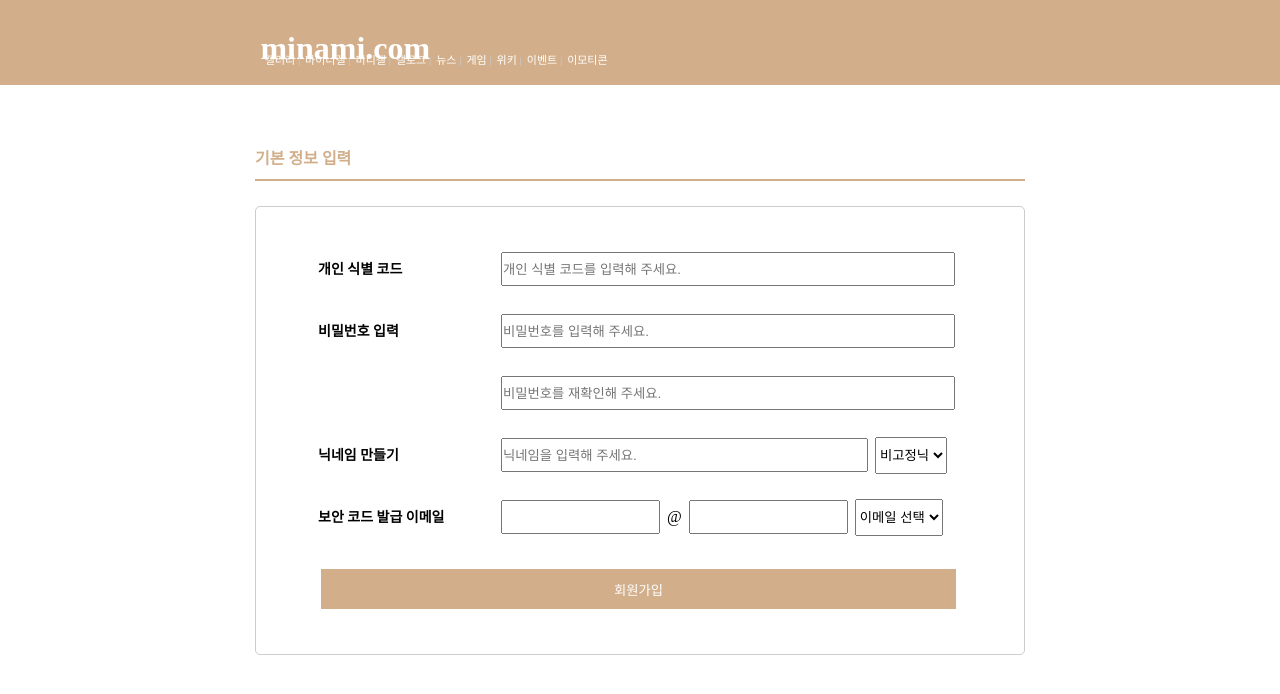
Repository: Minami0717/JSP_Study
Page: http://localhost/JSP_Gall/jsp/joinForm.jsp
The author's editor kept a copy of each file at every save. The page is drawn from the files as they stood at one save, then again after the next save.
The browser window is 1280 px wide. The pictures show the whole page.
The page is served by Tomcat 9. Other server files are loaded and not shown.

Above is the page before, as saved 2023-02-15 07:12:02.

### JSP_Gall/src/main/webapp/jsp/joinForm.jsp
<%@ page language="java" contentType="text/html; charset=UTF-8"
    pageEncoding="UTF-8"%>
<!DOCTYPE html>
<html>
<head>
<meta charset="UTF-8">
<title>Insert title here</title>
<style>
	* {margin: 0; padding: 0;}
	a {text-decoration: none;}
	li,ul,h1 {display: inline-block;}

	header {background: #d2af8a; height: 85px;}
	header > div {width: 868px; position: relative;}
	header a {color: white;}
	header li {font-size: 11px; color: #ccc; margin-left: 5px;}
	header li a:hover {text-decoration: underline;}
	header ul {position: absolute; right: 30%; top: 50px;}
	header h1 {position: absolute; left: 30%; top: 30px;}

	section {width: 770px; margin: 0 auto;}
	section div:first-child {border-bottom: 2px solid #d2af8a; padding: 10px 0; margin-top: 50px;}
	section div:first-child h4 {color: #d2af8a}
	section div:nth-child(2) {border: 1px #cecdce solid; border-radius: 5px; margin: 25px 0; padding: 30px 50px;}

	table label {font-weight: bold; font-size: 14px; display: inline-block; width: 180px;}
	td {padding: 10px;}

	input {margin: 3px;}
	.input {width: 450px; height: 30px;}
	#join {width: 635px; height: 40px; border: none; background: #d2af8a; color: white; cursor: pointer; margin-top: 10px;}
	.button {width: 110px; height: 30px;}

	input[name=nick] {width: 363px;}
	input[name=pwCheck] {margin-left: 183px;}
	input[name=email1],input[name=email2] {width: 155px;}
	select {height: 37px;}
</style>
</head>
<body>
	<header>
		<div>
			<h1><a href=main.jsp>minami.com</a></h1>
			<ul>
				<li><a href=>갤러리</a> |
				<li><a href=>마이너갤</a> |
				<li><a href=>미니갤</a> |
				<li><a href=>갤로그</a> |
				<li><a href=>뉴스</a> |
				<li><a href=>게임</a> |
				<li><a href=>위키</a> |
				<li><a href=>이벤트</a> |
				<li><a href=>이모티콘</a>
			</ul>
		</div>
	</header>
	<section>
		<div>
			<h4 align=left>기본 정보 입력</h4>
		</div>
		<div>
			<form action="join.jsp" method=post>
				<table>
					<tr>
						<td><label>개인 식별 코드</label><input type=text placeholder="개인 식별 코드를 입력해 주세요." class=input name=code></td>
					</tr>
					<tr>
						<td><label>비밀번호 입력</label><input type=password placeholder="비밀번호를 입력해 주세요." class=input name=pw></td>
					</tr>
					<tr>
						<td><input type=password placeholder="비밀번호를 재확인해 주세요." class=input name=pwCheck></td>
					</tr>
					<tr>
						<td>
							<label>닉네임 만들기</label><input type=text placeholder="닉네임을 입력해 주세요." class=input name=nick>
							<select name=fixed>
								<option value=false>비고정닉
								<option value=true>고정닉
							</select>
						</td>
					</tr>
					<tr>
						<td>
							<label>보안 코드 발급 이메일</label><input type="text" class=input name=email1> @
							<input type="text" class=input name=email2>
							<select>
								<option>이메일 선택
								<option>naver.com
								<option>직접 입력
							</select>
						</td>
					</tr>
					<tr>
						<td><input type=submit value=회원가입 id=join></td>
					</tr>
				</table>
			</form>
		</div>
	</section>
</body>
</html>

After the next save:
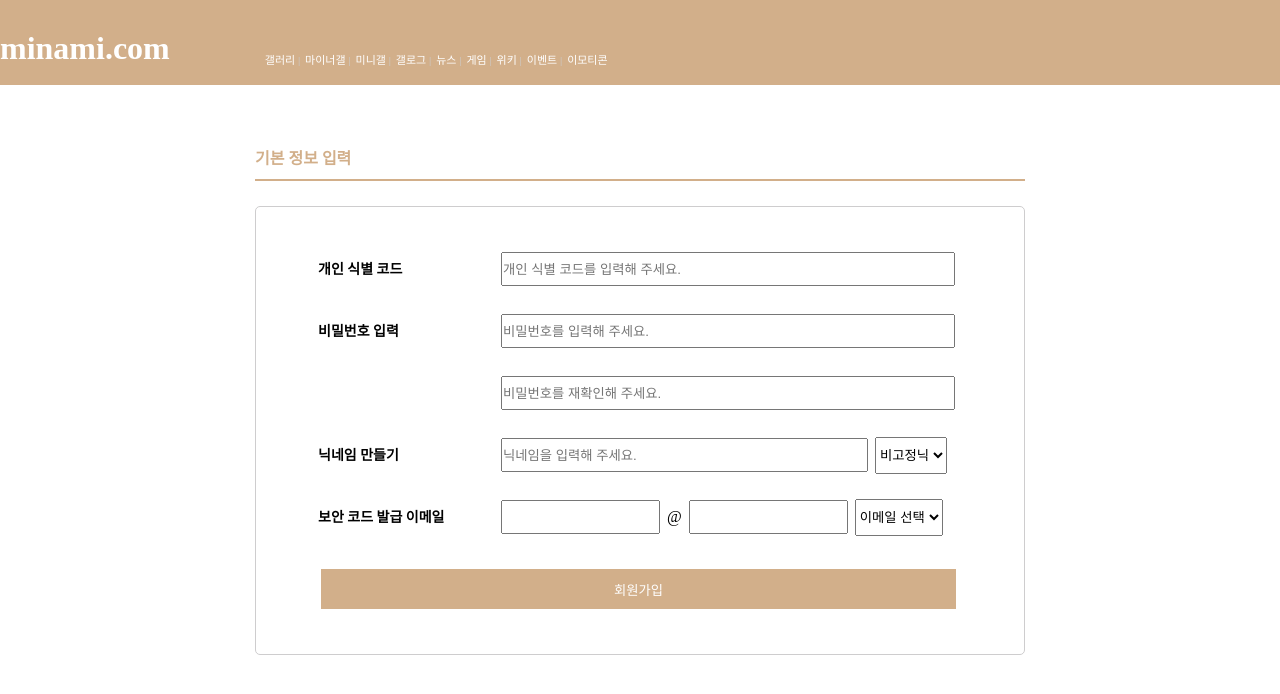
Saved 34 s later.
--- a/JSP_Gall/src/main/webapp/jsp/joinForm.jsp
+++ b/JSP_Gall/src/main/webapp/jsp/joinForm.jsp
@@ -16,7 +16,7 @@
 	header li {font-size: 11px; color: #ccc; margin-left: 5px;}
 	header li a:hover {text-decoration: underline;}
 	header ul {position: absolute; right: 30%; top: 50px;}
-	header h1 {position: absolute; left: 30%; top: 30px;}
+	header h1 {position: absolute; left: 0; top: 30px;}
 
 	section {width: 770px; margin: 0 auto;}
 	section div:first-child {border-bottom: 2px solid #d2af8a; padding: 10px 0; margin-top: 50px;}
